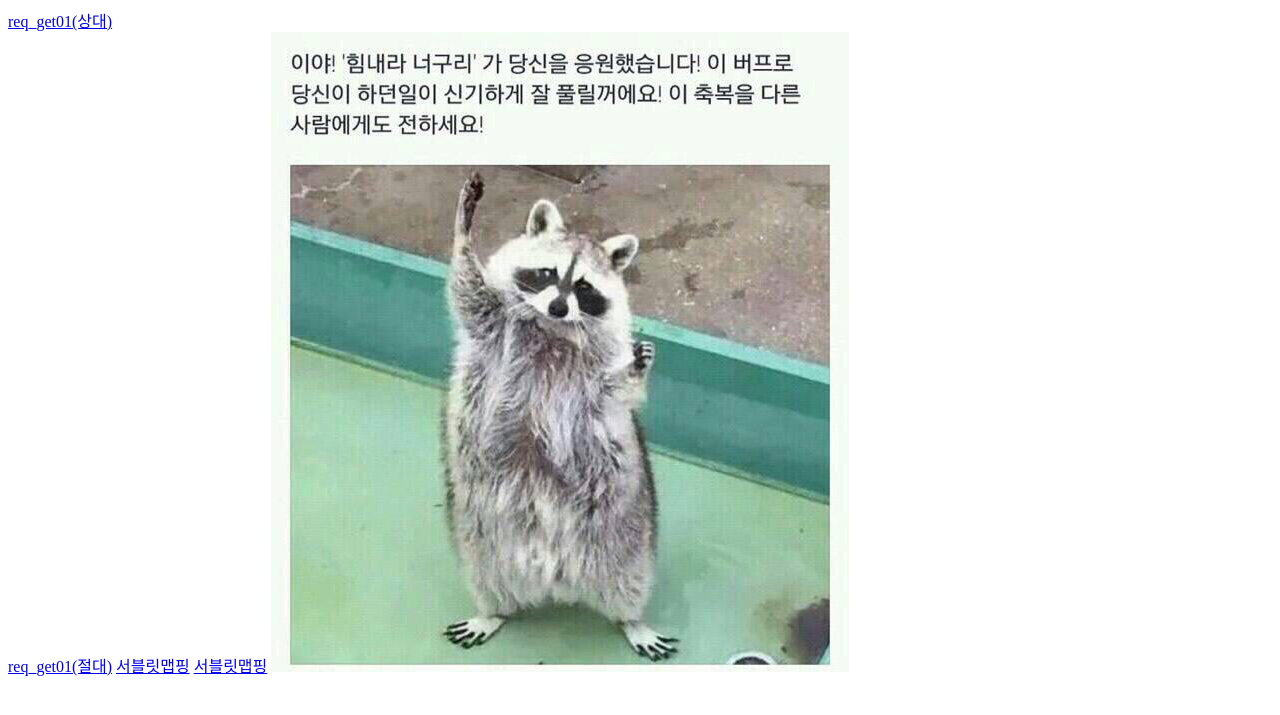
Repository: sun2898/JSP
Page: http://localhost/JSPBasic/path/test/path_quiz.jsp
An editor plug-in stored every save of this project. The page is shown before and after the next save, followed by the edit.
The browser window is 1280 px wide. The pictures show the whole page.
The page is served by Tomcat 9.

Above is the page before, as saved 2023-06-02 08:25:48.

After the next save:
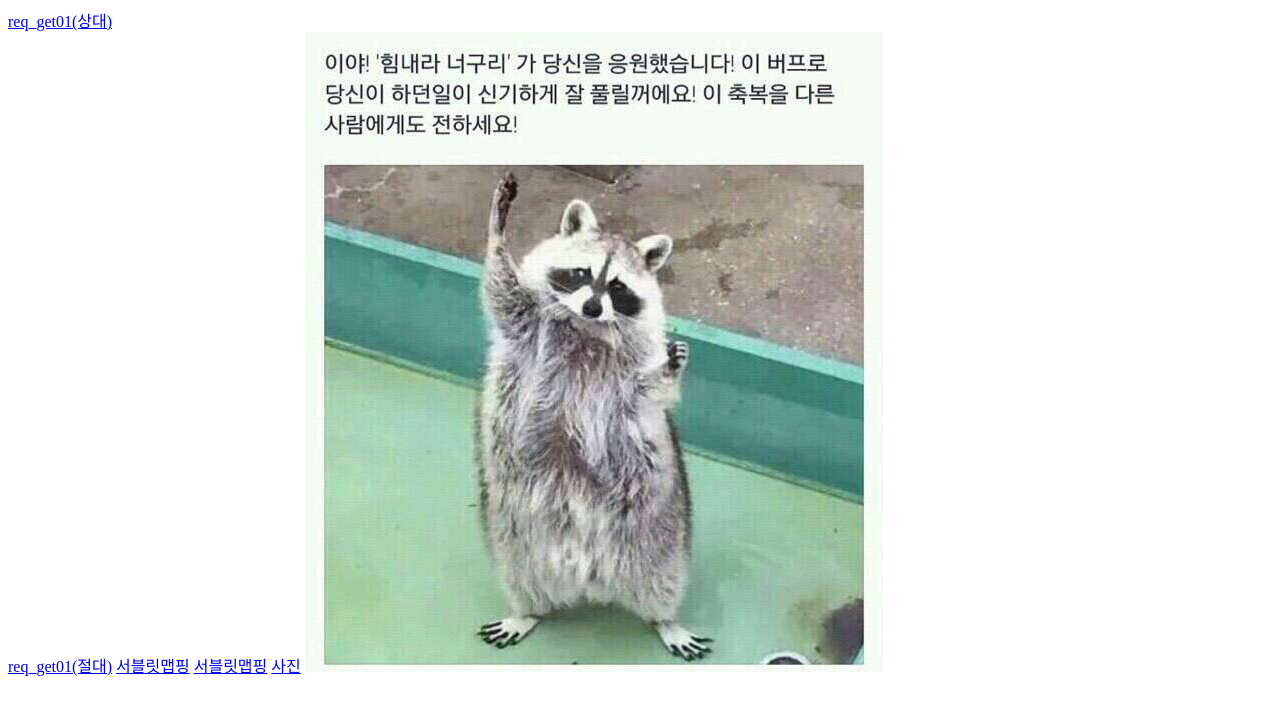
Saved 77 s later.
--- a/JSPBasic/src/main/webapp/path/test/path_quiz.jsp
+++ b/JSPBasic/src/main/webapp/path/test/path_quiz.jsp
@@ -19,6 +19,7 @@
 	<!-- a태그를 사용해서 DemoServlet으로 절대경로 -->
 	<a href="/JSPBasic/banana">서블릿맵핑</a>
 	<!-- jsptag폴더 밑에 있는 이미지를 띄운다. (img태그로) -->
+	<a href="../../jsptag/364.jpg">사진</a>
 	<img src="../../jsptag/364.jpg">
 
 </body>
